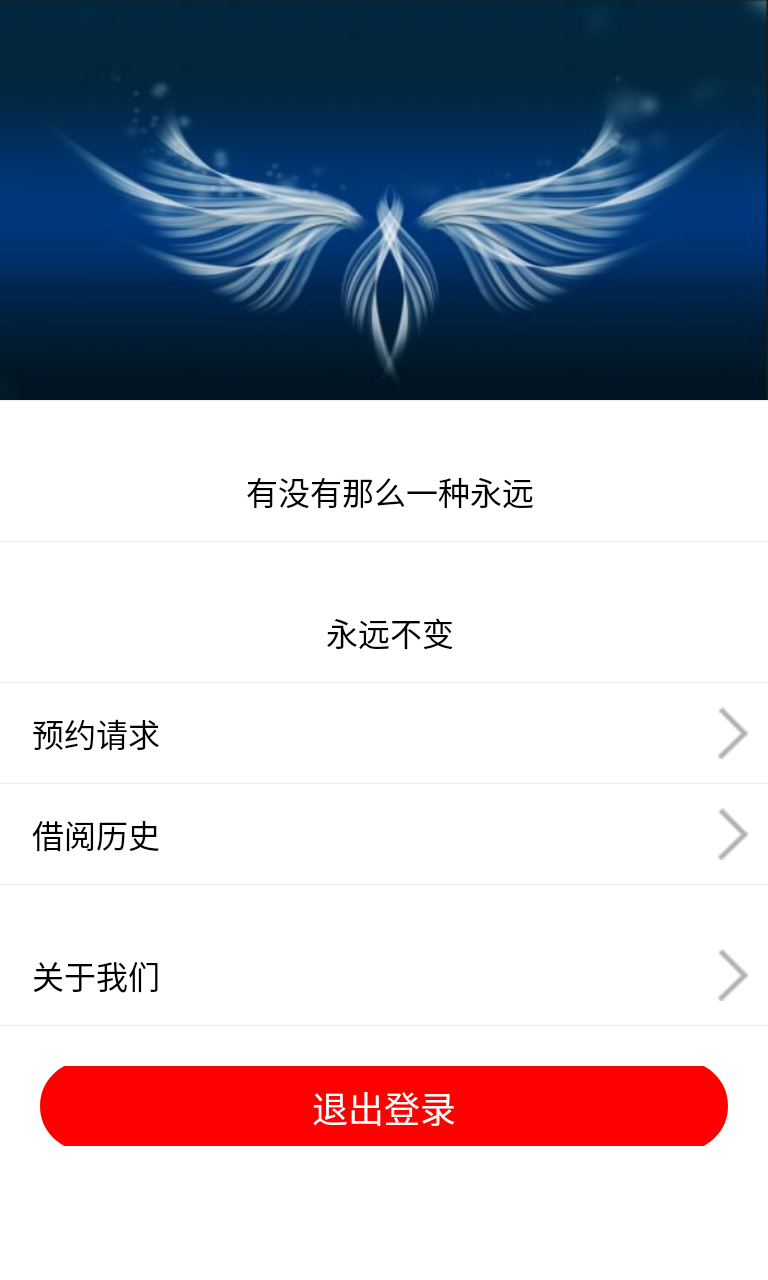
Repository: fatio/Nower
Layout: Android_Client_Source/EnjoyIt/res/layout/activity_setting.xml
The author's editor kept a copy of each file at every save. The layout is drawn from the files as they stood at one save, then again after the next save.
It is drawn on a 768 x 1280 px phone screen (xhdpi) without system bars, with theme AppTheme; the app's code is not run.

Above is the layout before, as saved 2015-12-29 12:11:25.

### Android_Client_Source/EnjoyIt/res/layout/activity_setting.xml
<?xml version="1.0" encoding="utf-8"?>
<LinearLayout xmlns:android="http://schemas.android.com/apk/res/android"
    android:layout_width="fill_parent"
    android:layout_height="fill_parent"
    android:gravity="center_horizontal"
    android:orientation="vertical" >

    <ScrollView
        android:layout_width="fill_parent"
        android:layout_height="wrap_content"
        android:scrollbars="none" >

        <LinearLayout
            android:layout_width="fill_parent"
            android:layout_height="wrap_content"
            android:orientation="vertical" >

            <ImageView
                android:layout_width="match_parent"
                android:layout_height="200dp"
                android:scaleType="fitXY"
                android:src="@drawable/user_bg" />


            <View
                android:layout_width="fill_parent"
                android:layout_height="1px"
                android:background="@color/black2" />

            <TextView
                android:id="@+id/tv_like"
                style="@style/TxtTitle"
                android:layout_width="fill_parent"
                android:layout_height="50dp"
                android:layout_marginTop="20dp"
                android:background="@drawable/setting_item_selector"
                android:gravity="center_vertical"
                android:paddingLeft="16dp"
                android:paddingRight="10dp"
                android:text="有没有那么一种永远"
                android:gravity="center"
                android:textSize="16sp"
                android:focusable="true"
                android:clickable="true" />

            <View
                android:layout_width="fill_parent"
                android:layout_height="1px"
                android:background="@color/black2" />

            <TextView
                android:id="@+id/tv_borrow"
                style="@style/TxtTitle"
                android:layout_width="match_parent"
                android:layout_height="50dp"
                android:layout_marginTop="20dp"
                android:background="@drawable/setting_item_selector"
                android:gravity="center_vertical"
                android:paddingLeft="16dp"
                android:paddingRight="10dp"
                android:text="永远不变"
                android:gravity="center"
                android:textSize="16sp"
                android:focusable="true"
                android:clickable="true" />

            <View
                android:layout_width="fill_parent"
                android:layout_height="1px"
                android:background="@color/black2" />

            <TextView
                android:id="@+id/tv_order"
                style="@style/TxtTitle"
                android:layout_width="fill_parent"
                android:layout_height="50dp"
                android:background="@drawable/setting_item_selector"
                android:drawableRight="@drawable/right"
                android:gravity="center_vertical"
                android:paddingLeft="16dp"
                android:paddingRight="10dp"
                android:text="预约请求"
                android:textSize="16sp"
                android:focusable="true"
                android:clickable="true"/>

            <View
                android:layout_width="fill_parent"
                android:layout_height="1px"
                android:background="@color/black2" />

            <TextView
                android:id="@+id/tv_borrow_history"
                style="@style/TxtTitle"
                android:layout_width="fill_parent"
                android:layout_height="50dp"
                android:background="@drawable/setting_item_selector"
                android:drawableRight="@drawable/right"
                android:gravity="center_vertical"
                android:paddingLeft="16dp"
                android:paddingRight="10dp"
                android:text="借阅历史"
                android:textSize="16sp"
                android:focusable="true"
                android:clickable="true"/>

            <View
                android:layout_width="fill_parent"
                android:layout_height="1px"
                android:background="@color/black2" />

            <TextView
                android:id="@+id/tv_about"
                style="@style/TxtTitle"
                android:layout_width="fill_parent"
                android:layout_height="50dp"
                android:layout_marginTop="20dp"
                android:background="@drawable/setting_item_selector"
                android:drawableRight="@drawable/right"
                android:gravity="center_vertical"
                android:paddingLeft="16dp"
                android:paddingRight="10dp"
                android:text="关于我们"
                android:textSize="16sp"
                android:focusable="true"
                android:clickable="true"/>

            <View
                android:layout_width="fill_parent"
                android:layout_height="1px"
                android:background="@color/black2" />

            <LinearLayout
                android:layout_width="fill_parent"
                android:layout_height="80.0dip"
                android:gravity="center"
                android:padding="20.0dip" >

                <Button
                    android:id="@+id/bt_logout"
                    android:layout_width="fill_parent"
                    android:layout_height="45.0dip"
                    android:background="@drawable/btn_bg_red2"
                    android:padding="10.0dip"
                    android:text="退出登录"
                    android:textColor="@color/white" />
            </LinearLayout>
        </LinearLayout>
    </ScrollView>

</LinearLayout>

### Android_Client_Source/EnjoyIt/res/values/styles.xml
<resources>
        <!-- 标题1样式 -->
    <style name="txt_titleStyle1">
        <item name="android:layout_width">wrap_content</item>
        <item name="android:layout_height">wrap_content</item>
        <item name="android:textSize">20sp</item>
        <item name="android:textColor">@color/white</item>
    </style>
        <!-- 图片样式 -->
    <style name="img_Style">
        <item name="android:layout_width">wrap_content</item>
        <item name="android:layout_height">wrap_content</item>
        <item name="android:contentDescription">@string/app_name</item>
    </style>

    <style name="TxtTitle" parent="@style/img_Style">
        <item name="android:textSize">18sp</item>
        <item name="android:textColor">#000000</item>
        <item name="android:paddingLeft">6.0dip</item>
        <item name="android:paddingRight">6.0dip</item>
        <item name="android:focusable">false</item>
    </style>


    <style name="like_toast_dialog_style">
        <item name="android:windowFrame">@null</item>
        <item name="android:windowIsFloating">true</item>
        <item name="android:windowIsTranslucent">true</item>
        <item name="android:windowNoTitle">true</item>
        <item name="android:backgroundDimEnabled">false</item>
        <item name="android:windowContentOverlay">@null</item>
        <item name="android:windowBackground">@drawable/round_background</item>
    </style>
    <style name="AnimBottom" parent="@android:style/Animation">
        <item name="android:windowEnterAnimation">@anim/push_bottom_in</item>
        <item name="android:windowExitAnimation">@anim/push_bottom_out</item>
    </style>

    <style name="PopupAnimation3" parent="android:Animation">
        <item name="android:windowEnterAnimation">@anim/push_bottom_in</item>
        <item name="android:windowExitAnimation">@anim/push_bottom_out</item>
    </style>

    <style name="PopupAnimation" mce_bogus="1" parent="android:Animation">
        <item name="android:windowEnterAnimation">@anim/activity_translate_in</item>
        <item name="android:windowExitAnimation">@anim/activity_translate_out</item>
    </style>

    <style name="PopupAnimation1" mce_bogus="1" parent="android:Animation">
        <item name="android:windowEnterAnimation">@anim/popup_enter</item>
        <item name="android:windowExitAnimation">@anim/popup_exit</item>
    </style>
    <!--
        Base application theme, dependent on API level. This theme is replaced
        by AppBaseTheme from res/values-vXX/styles.xml on newer devices.

    -->
    <style name="AppBaseTheme" parent="android:Theme.Light">
        <!--
            Theme customizations available in newer API levels can go in
            res/values-vXX/styles.xml, while customizations related to
            backward-compatibility can go here.

        -->
    </style>

    <!-- Application theme. -->
    <style name="AppTheme" parent="AppBaseTheme">
        <!-- All customizations that are NOT specific to a particular API-level can go here. -->
    </style>

</resources>

### Android_Client_Source/EnjoyIt/res/values/colors.xml
<?xml version="1.0" encoding="utf-8" ?>
 <resources>
         <color name="bg_black">#000000</color>
    <color name="bg_white">#FFFFFF</color>
    <color name="bg_topbar">#FCFCFC</color>
    <color name="bg_gray">#00F1F1F1</color>
    <color name="bar_color">#232325</color>

    <color name="black2">#ffeeeeee</color>
    <color name="text_gray">#8D7A71</color>
    <color name="text_white">#FFFFFF</color>
    <color name="text_yellow">#FFC800</color>
    <color name="text_topbar">#694E42</color>
    <color name="div_white">#E5E5E5</color>
    <color name="puple">#d500f9</color>

    <color name="blueGray">#607d8b</color>

     <color name="mywhite">#f5f5f5</color>
 <color name="white">#ffffff</color><!--白色 -->
 <color name="ivory">#fffff0</color><!--象牙色 -->
 <color name="lightyellow">#ffffe0</color><!--亮黄色 -->
 <color name="yellow">#ffff00</color><!--黄色 -->
 <color name="snow">#fffafa</color><!--雪白色 -->
 <color name="floralwhite">#fffaf0</color><!--花白色 -->
 <color name="lemonchiffon">#fffacd</color><!--柠檬绸色 -->
 <color name="cornsilk">#fff8dc</color><!--米绸色 -->
 <color name="seaShell">#fff5ee</color><!--海贝色 -->
 <color name="lavenderblush">#fff0f5</color><!--淡紫红 -->
 <color name="papayawhip">#ffefd5</color><!--番木色 -->
 <color name="blanchedalmond">#ffebcd</color><!--白杏色 -->
 <color name="mistyrose">#ffe4e1</color><!--浅玫瑰色 -->
 <color name="bisque">#ffe4c4</color><!--桔黄色 -->
 <color name="moccasin">#ffe4b5</color><!--鹿皮色 -->
 <color name="navajowhite">#ffdead</color><!--纳瓦白 -->
 <color name="peachpuff">#ffdab9</color><!--桃色 -->
 <color name="gold">#ffd700</color><!--金色 -->
 <color name="pink">#ffc0cb</color><!--粉红色 -->
 <color name="lightpink">#ffb6c1</color><!--亮粉红色 -->
 <color name="orange">#ffa500</color><!--橙色 -->
 <color name="lightsalmon">#ffa07a</color><!--亮肉色 -->
 <color name="darkorange">#ff8c00</color><!--暗桔黄色 -->
 <color name="coral">#ff7f50</color><!--珊瑚色 -->
 <color name="hotpink">#ff69b4</color><!--热粉红色 -->
 <color name="tomato">#ff6347</color><!--西红柿色 -->
 <color name="orangered">#ff4500</color><!--红橙色 -->
 <color name="deeppink">#ff1493</color><!--深粉红色 -->
 <color name="fuchsia">#ff00ff</color><!--紫红色 -->
 <color name="magenta">#ff00ff</color><!--红紫色 -->
 <color name="red">#ff0000</color><!--红色 -->
 <color name="oldlace">#fdf5e6</color><!--老花色 -->
 <color name="lightgoldenrodyellow">#fafad2</color><!--亮金黄色 -->
 <color name="linen">#faf0e6</color><!--亚麻色 -->
 <color name="antiquewhite">#faebd7</color><!--古董白 -->
 <color name="salmon">#fa8072</color><!--鲜肉色 -->
 <color name="ghostwhite">#f8f8ff</color><!--幽灵白 -->
 <color name="mintcream">#f5fffa</color><!--薄荷色 -->
 <color name="whitesmoke">#f5f5f5</color><!--烟白色 -->
 <color name="beige">#f5f5dc</color><!--米色 -->
 <color name="wheat">#f5deb3</color><!--浅黄色 -->
 <color name="sandybrown">#f4a460</color><!--沙褐色 -->
 <color name="azure">#f0ffff</color><!--天蓝色 -->
 <color name="honeydew">#f0fff0</color><!--蜜色 -->
 <color name="aliceblue">#f0f8ff</color><!--艾利斯兰 -->
 <color name="khaki">#f0e68c</color><!--黄褐色 -->
 <color name="lightcoral">#f08080</color><!--亮珊瑚色 -->
 <color name="palegoldenrod">#eee8aa</color><!--苍麒麟色 -->
 <color name="violet">#ee82ee</color><!--紫罗兰色 -->
 <color name="darksalmon">#e9967a</color><!--暗肉色 -->
 <color name="lavender">#e6e6fa</color><!--淡紫色 -->
 <color name="lightcyan">#e0ffff</color><!--亮青色 -->
 <color name="burlywood">#deb887</color><!--实木色 -->
 <color name="plum">#dda0dd</color><!--洋李色 -->
 <color name="gainsboro">#dcdcdc</color><!--淡灰色 -->
 <color name="crimson">#dc143c</color><!--暗深红色 -->
 <color name="palevioletred">#db7093</color><!--苍紫罗兰色 -->
 <color name="goldenrod">#daa520</color><!--金麒麟色 -->
 <color name="orchid">#da70d6</color><!--淡紫色 -->
 <color name="thistle">#d8bfd8</color><!--蓟色 -->
 <color name="lightgray">#d3d3d3</color><!--亮灰色 -->
 <color name="lightgrey">#d3d3d3</color><!--亮灰色 -->
 <color name="tan">#d2b48c</color><!--茶色 -->
 <color name="chocolate">#d2691e</color><!--巧可力色 -->
 <color name="peru">#cd853f</color><!--秘鲁色 -->
 <color name="indianred">#cd5c5c</color><!--印第安红 -->
 <color name="mediumvioletred">#c71585</color><!--中紫罗兰色 -->
 <color name="silver">#c0c0c0</color><!--银色 -->
 <color name="darkkhaki">#bdb76b</color><!--暗黄褐色 -->
 <color name="rosybrown">#bc8f8f</color><!--褐玫瑰红 -->
 <color name="mediumorchid">#ba55d3</color><!--中粉紫色 -->
 <color name="darkgoldenrod">#b8860b</color><!--暗金黄色 -->
 <color name="firebrick">#b22222</color><!--火砖色 -->
 <color name="powderblue">#b0e0e6</color><!--粉蓝色 -->
 <color name="lightsteelblue">#b0c4de</color><!--亮钢兰色 -->
 <color name="paleturquoise">#afeeee</color><!--苍宝石绿 -->
 <color name="greenyellow">#adff2f</color><!--黄绿色 -->
 <color name="lightblue">#add8e6</color><!--亮蓝色 -->
 <color name="darkgray">#a9a9a9</color><!--暗灰色 -->
 <color name="darkgrey">#a9a9a9</color><!--暗灰色 -->
 <color name="brown">#a52a2a</color><!--褐色 -->
 <color name="sienna">#a0522d</color><!--赭色 -->
 <color name="darkorchid">#9932cc</color><!--暗紫色 -->
 <color name="palegreen">#98fb98</color><!--苍绿色 -->
 <color name="darkviolet">#9400d3</color><!--暗紫罗兰色 -->
 <color name="mediumpurple">#9370db</color><!--中紫色 -->
 <color name="lightgreen">#90ee90</color><!--亮绿色 -->
 <color name="darkseagreen">#8fbc8f</color><!--暗海兰色 -->
 <color name="saddlebrown">#8b4513</color><!--重褐色 -->
 <color name="darkmagenta">#8b008b</color><!--暗洋红 -->
 <color name="darkred">#8b0000</color><!--暗红色 -->
 <color name="blueviolet">#8a2be2</color><!--紫罗兰蓝色 -->
 <color name="lightskyblue">#87cefa</color><!--亮天蓝色 -->
 <color name="skyblue">#87ceeb</color><!--天蓝色 -->
 <color name="gray">#808080</color><!--灰色 -->
 <color name="grey">#808080</color><!--灰色 -->
 <color name="olive">#808000</color><!--橄榄色 -->
 <color name="purple">#800080</color><!--紫色 -->
 <color name="maroon">#800000</color><!--粟色 -->
 <color name="aquamarine">#7fffd4</color><!--碧绿色 -->
 <color name="chartreuse">#7fff00</color><!--黄绿色 -->
 <color name="lawngreen">#7cfc00</color><!--草绿色 -->
 <color name="mediumslateblue">#7b68ee</color><!--中暗蓝色 -->
 <color name="lightslategray">#778899</color><!--亮蓝灰 -->
 <color name="lightslategrey">#778899</color><!--亮蓝灰 -->
 <color name="slategray">#708090</color><!--灰石色 -->
 <color name="slategrey">#708090</color><!--灰石色 -->
 <color name="olivedrab">#6b8e23</color><!--深绿褐色 -->
 <color name="slateblue">#6a5acd</color><!--石蓝色 -->
 <color name="dimgray">#696969</color><!--暗灰色 -->
 <color name="dimgrey">#696969</color><!--暗灰色 -->
 <color name="mediumaquamarine">#66cdaa</color><!--中绿色 -->
 <color name="cornflowerblue">#6495ed</color><!--菊兰色 -->
 <color name="cadetblue">#5f9ea0</color><!--军兰色 -->
 <color name="darkolivegreen">#556b2f</color><!--暗橄榄绿 -->
 <color name="indigo">#4b0082</color><!--靛青色 -->
 <color name="mediumturquoise">#48d1cc</color><!--中绿宝石 -->
 <color name="darkslateblue">#483d8b</color><!--暗灰蓝色 -->
 <color name="steelblue">#4682b4</color><!--钢兰色 -->
 <color name="royalblue">#4169e1</color><!--皇家蓝 -->
 <color name="turquoise">#40e0d0</color><!--青绿色 -->
 <color name="mediumseagreen">#3cb371</color><!--中海蓝 -->
 <color name="limegreen">#32cd32</color><!--橙绿色 -->
 <color name="darkslategray">#2f4f4f</color><!--暗瓦灰色 -->
 <color name="darkslategrey">#2f4f4f</color><!--暗瓦灰色 -->
 <color name="seagreen">#2e8b57</color><!--海绿色 -->
 <color name="forestgreen">#228b22</color><!--森林绿 -->
 <color name="lightseagreen">#20b2aa</color><!--亮海蓝色 -->
 <color name="dodgerblue">#1e90ff</color><!--闪兰色 -->
 <color name="midnightblue">#191970</color><!--中灰兰色 -->
 <color name="aqua">#00ffff</color><!--浅绿色 -->
 <color name="cyan">#00ffff</color><!--青色 -->
 <color name="springgreen">#00ff7f</color><!--春绿色 -->
 <color name="lime">#00ff00</color><!--酸橙色 -->
 <color name="mediumspringgreen">#00fa9a</color><!--中春绿色 -->
 <color name="darkturquoise">#00ced1</color><!--暗宝石绿 -->
 <color name="deepskyblue">#00bfff</color><!--深天蓝色 -->
 <color name="darkcyan">#008b8b</color><!--暗青色 -->
 <color name="teal">#008080</color><!--水鸭色 -->
 <color name="green">#008000</color><!--绿色 -->
 <color name="darkgreen">#006400</color><!--暗绿色 -->
 <color name="blue">#0000ff</color><!--蓝色 -->
 <color name="mediumblue">#0000cd</color><!--中兰色 -->
 <color name="darkblue">#00008b</color><!--暗蓝色 -->
 <color name="navy">#000080</color><!--海军色 -->
 <color name="black">#000000</color><!--黑色 -->
 <color name="transparent">#0000</color><!-- 透明 -->
 <color name="transparent2">#8000</color><!-- 透明 -->
 <!-- 上传图片添加的颜色 -->
 <color name="none_color">#00000000</color>
 <color name="plugin_camera_black">#000000</color>
 <color name="albumback">#E1E0DE</color>


 <color name="style_red">#ff4c41</color>
 <color name="style_divider_color">#C9C7CD</color>
 </resources>

### Android_Client_Source/EnjoyIt/res/drawable/btn_bg_red2.xml
<?xml version="1.0" encoding="UTF-8"?>
<selector xmlns:android="http://schemas.android.com/apk/res/android">

    <item android:state_pressed="false"><shape xmlns:android="http://schemas.android.com/apk/res/android" android:shape="rectangle">
            <corners android:radius="30dp" />

            <stroke android:width="1dp" android:color="@color/red" />

            <gradient android:angle="90" android:endColor="@color/red" android:startColor="@color/red" />
        </shape></item>
    <item android:state_pressed="true"><shape android:shape="rectangle">
            <solid android:color="@color/puple" />

            <corners android:radius="30dp" />
        </shape></item>

</selector>

### Android_Client_Source/EnjoyIt/res/values/strings.xml
<?xml version="1.0" encoding="utf-8"?>
<resources>

    <string name="app_name">Nower</string>
    <string name="hello_world">Hello world!</string>
    <string name="action_settings">Settings</string>
    <string name="title_activity_register">RegisterActivity</string>
    <string name="title_activity_main">MainActivity</string>
    <string name="title_activity_image">图片</string>
    <string name="title_activity_map">地图</string>
    <string name="yes">是</string>
    <string name="no">否</string>
    <string name="title_activity_user_info">用户自述</string>
    <string name="title_activity_my_info">我</string>
    <string name="title_activity_setting">设置</string>
    <string name="title_activity_message">消息</string>
    <string name="title_activity_show">来自ta的回复</string>

</resources>

### Android_Client_Source/EnjoyIt/res/drawable/btn_bg_blue.xml
<?xml version="1.0" encoding="UTF-8"?>
<selector xmlns:android="http://schemas.android.com/apk/res/android">

    <item android:state_pressed="false"><shape xmlns:android="http://schemas.android.com/apk/res/android" android:shape="rectangle">
            <corners android:radius="30dp" />

            <stroke android:width="1dp" android:color="@color/blueGray" />

            <gradient android:angle="90" android:endColor="@color/blueGray" android:startColor="@color/blueGray" />
        </shape></item>
    <item android:state_pressed="true"><shape android:shape="rectangle">
            <solid android:color="@color/puple" />

            <corners android:radius="30dp" />
        </shape></item>

</selector>

Loaded but not shown: Android_Client_Source/EnjoyIt/res/values-v11/styles.xml (common file); Android_Client_Source/EnjoyIt/res/values-v14/styles.xml (common file); Android_Client_Source/EnjoyIt/res/drawable/setting_item_selector.xml (common file)

After the next save:
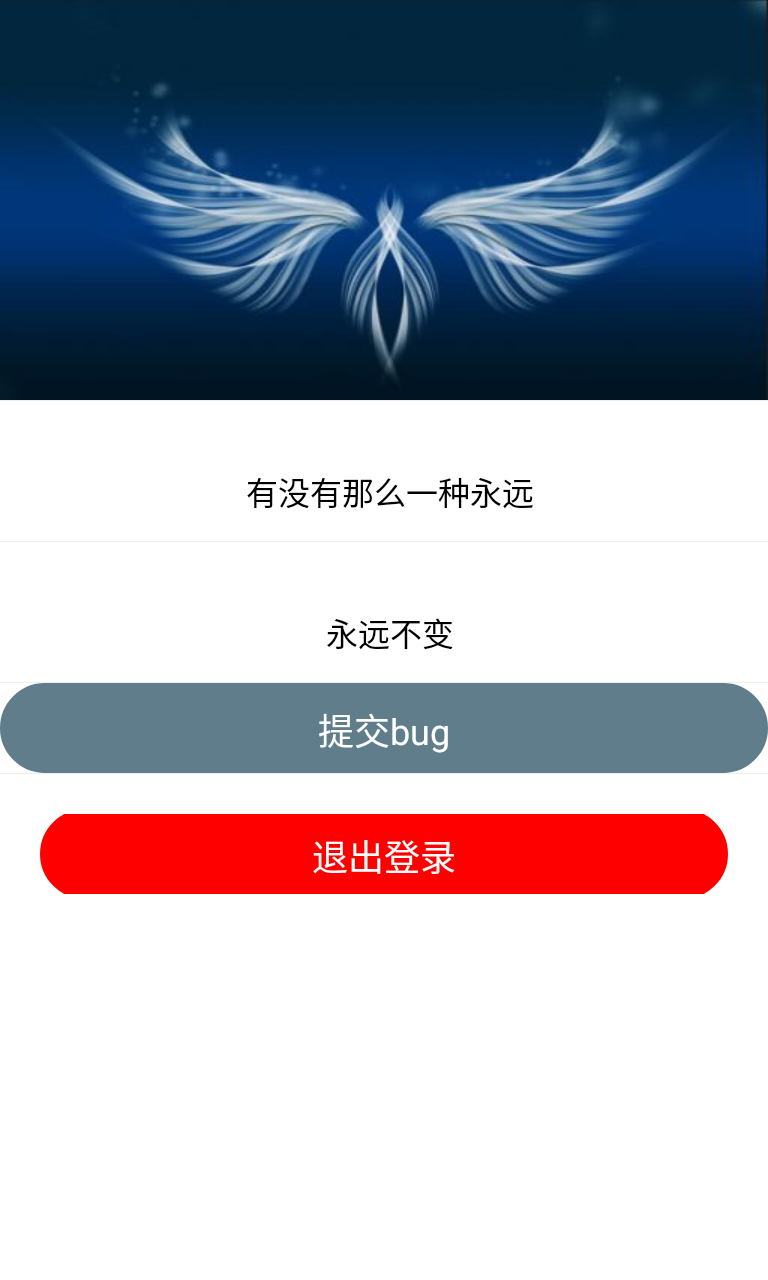
Saved 2 min 52 s later.
--- a/Android_Client_Source/EnjoyIt/res/layout/activity_setting.xml
+++ b/Android_Client_Source/EnjoyIt/res/layout/activity_setting.xml
@@ -34,7 +34,6 @@
                 android:layout_height="50dp"
                 android:layout_marginTop="20dp"
                 android:background="@drawable/setting_item_selector"
-                android:gravity="center_vertical"
                 android:paddingLeft="16dp"
                 android:paddingRight="10dp"
                 android:text="有没有那么一种永远"
@@ -55,7 +54,6 @@
                 android:layout_height="50dp"
                 android:layout_marginTop="20dp"
                 android:background="@drawable/setting_item_selector"
-                android:gravity="center_vertical"
                 android:paddingLeft="16dp"
                 android:paddingRight="10dp"
                 android:text="永远不变"
@@ -68,62 +66,14 @@
                 android:layout_width="fill_parent"
                 android:layout_height="1px"
                 android:background="@color/black2" />
-
-            <TextView
-                android:id="@+id/tv_order"
-                style="@style/TxtTitle"
-                android:layout_width="fill_parent"
-                android:layout_height="50dp"
-                android:background="@drawable/setting_item_selector"
-                android:drawableRight="@drawable/right"
-                android:gravity="center_vertical"
-                android:paddingLeft="16dp"
-                android:paddingRight="10dp"
-                android:text="预约请求"
-                android:textSize="16sp"
-                android:focusable="true"
-                android:clickable="true"/>
-
-            <View
-                android:layout_width="fill_parent"
-                android:layout_height="1px"
-                android:background="@color/black2" />
-
-            <TextView
-                android:id="@+id/tv_borrow_history"
-                style="@style/TxtTitle"
-                android:layout_width="fill_parent"
-                android:layout_height="50dp"
-                android:background="@drawable/setting_item_selector"
-                android:drawableRight="@drawable/right"
-                android:gravity="center_vertical"
-                android:paddingLeft="16dp"
-                android:paddingRight="10dp"
-                android:text="借阅历史"
-                android:textSize="16sp"
-                android:focusable="true"
-                android:clickable="true"/>
-
-            <View
-                android:layout_width="fill_parent"
-                android:layout_height="1px"
-                android:background="@color/black2" />
-
-            <TextView
-                android:id="@+id/tv_about"
-                style="@style/TxtTitle"
-                android:layout_width="fill_parent"
-                android:layout_height="50dp"
-                android:layout_marginTop="20dp"
-                android:background="@drawable/setting_item_selector"
-                android:drawableRight="@drawable/right"
-                android:gravity="center_vertical"
-                android:paddingLeft="16dp"
-                android:paddingRight="10dp"
-                android:text="关于我们"
-                android:textSize="16sp"
-                android:focusable="true"
-                android:clickable="true"/>
+                <Button
+                    android:id="@+id/bt_submit_bug"
+                    android:layout_width="fill_parent"
+                    android:layout_height="45.0dip"
+                    android:background="@drawable/btn_bg_blue"
+                    android:padding="10.0dip"
+                    android:text="提交bug"
+                    android:textColor="@color/white" />
 
             <View
                 android:layout_width="fill_parent"
